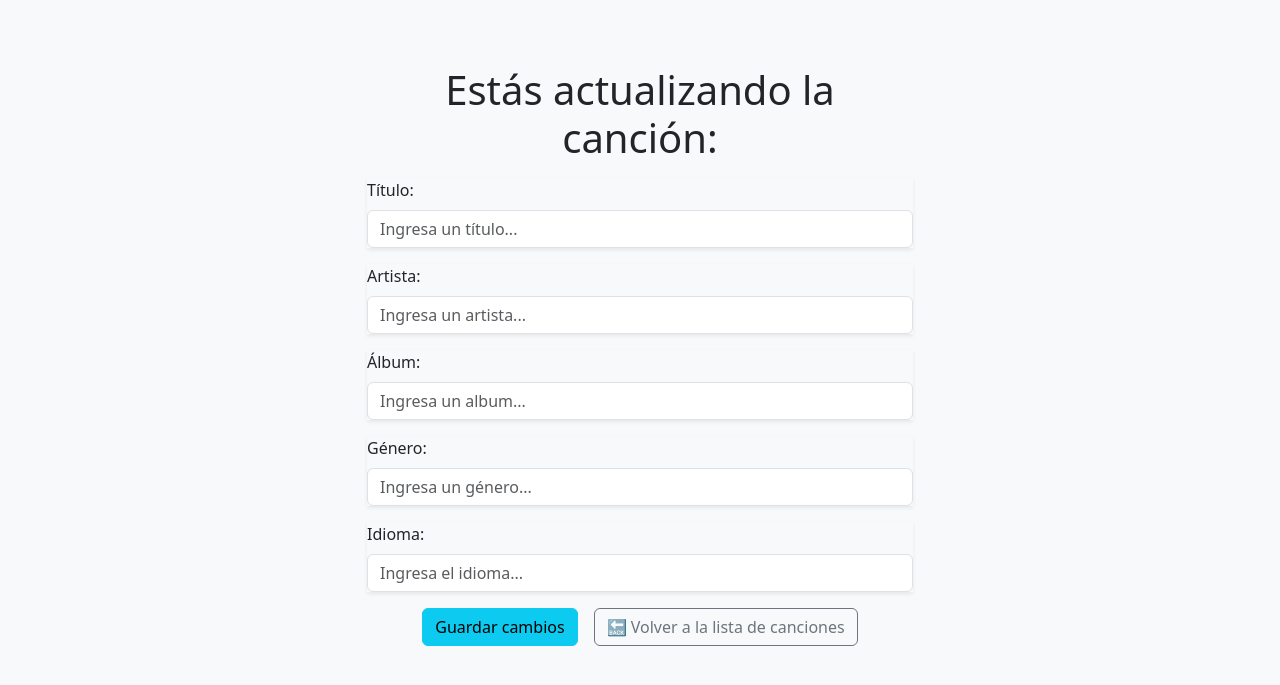
Repository: mariavanez/eliminar_canciones
Page: http://localhost/Canciones/WEB-INF/editarCancion.jsp
These files come from the project's save history. The page is drawn as it stood at one moment and after the next save; the edit follows.
The browser window is 1280 px wide. The pictures show the whole page.
The page is served by Tomcat 9. Nobody is signed in. The template is opened directly, without the code that normally fills it, so the values that code supplies are empty.

Above is the page before, as saved 2025-02-10 06:42:37.

After the next save:
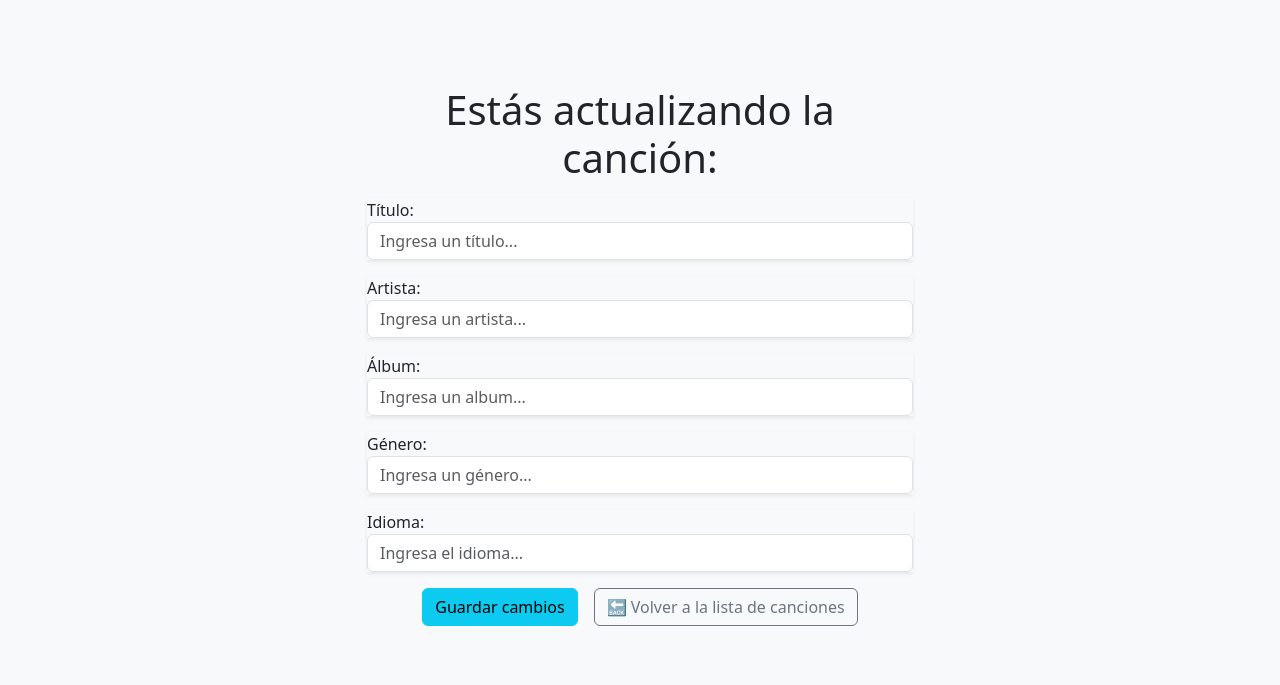
Saved 3 min 50 s later.
--- a/Canciones/src/main/webapp/WEB-INF/editarCancion.jsp
+++ b/Canciones/src/main/webapp/WEB-INF/editarCancion.jsp
@@ -17,27 +17,27 @@
 				<form:form action="/canciones/procesa/editar/${cancion.id}" method="post" modelAttribute="cancion">
 					<input type="hidden" name="_method" value="PUT" >
 					<div class="mb-3 shadow-sm">
-						<form:label path="titulo" class="form-label">Título:</form:label>
+						<form:label path="titulo">Título:</form:label>
 						<form:input path="titulo" placeholder="Ingresa un título..." class="form-control" />
 						<form:errors path="titulo" class="text-danger" />
 					</div>
 					<div class="mb-3 shadow-sm">
-						<form:label path="artista" class="form-label">Artista:</form:label>
+						<form:label path="artista">Artista:</form:label>
 						<form:input path="artista" placeholder="Ingresa un artista..." class="form-control" />
 						<form:errors path="artista" class="text-danger" />
 					</div>
 					<div class="mb-3 shadow-sm">
-						<form:label path="album" class="form-label">Álbum:</form:label>
+						<form:label path="album">Álbum:</form:label>
 						<form:input path="album" placeholder="Ingresa un album..." class="form-control" />
 						<form:errors path="album" class="text-danger" />
 					</div>
 					<div class="mb-3 shadow-sm">
-						<form:label path="genero" class="form-label">Género:</form:label>
+						<form:label path="genero">Género:</form:label>
 						<form:input path="genero" placeholder="Ingresa un género..." class="form-control" />
 						<form:errors path="genero" class="text-danger" />
 					</div>
 					<div class="mb-3 shadow-sm">
-						<form:label path="idioma" class="form-label">Idioma:</form:label>
+						<form:label path="idioma">Idioma:</form:label>
 						<form:input path="idioma" placeholder="Ingresa el idioma..." class="form-control" />
 						<form:errors path="idioma" class="text-danger" />
 					</div>
